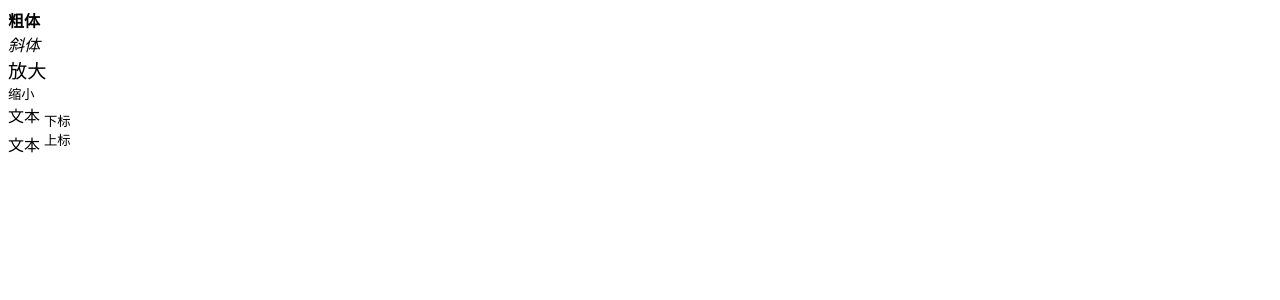
Repository: weizhang05g/learninghtml
Page: 文本格式化.html
These files come from the project's save history. The page is drawn as it stood at one moment and after the next save; the edit follows.
The browser window is 1280 px wide. The pictures show the whole page.

Above is the page before, as saved 2019-12-19 09:29:15.

After the next save:
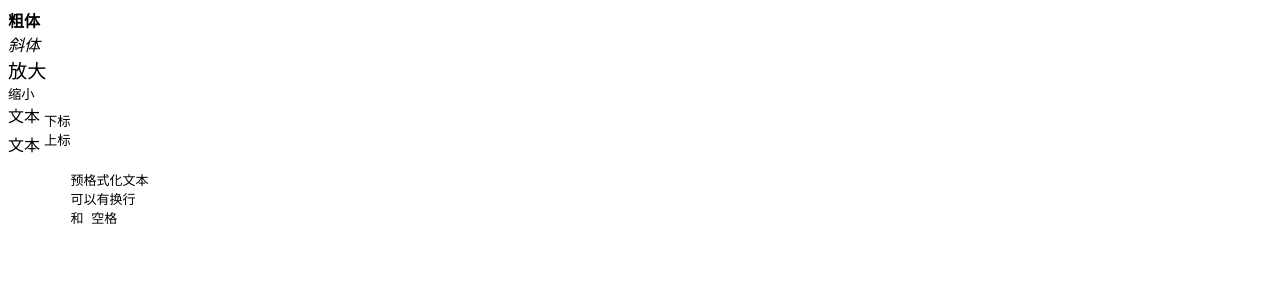
Saved 70 s later.
--- a/文本格式化.html
+++ b/文本格式化.html
@@ -13,6 +13,10 @@
     <small>缩小</small> <br>
     文本 <sub>下标</sub> <br>
     文本 <sup>上标</sup> <br>
-
+    <pre>
+        预格式化文本
+        可以有换行
+        和 空格
+    </pre>
 </body>
 </html>
